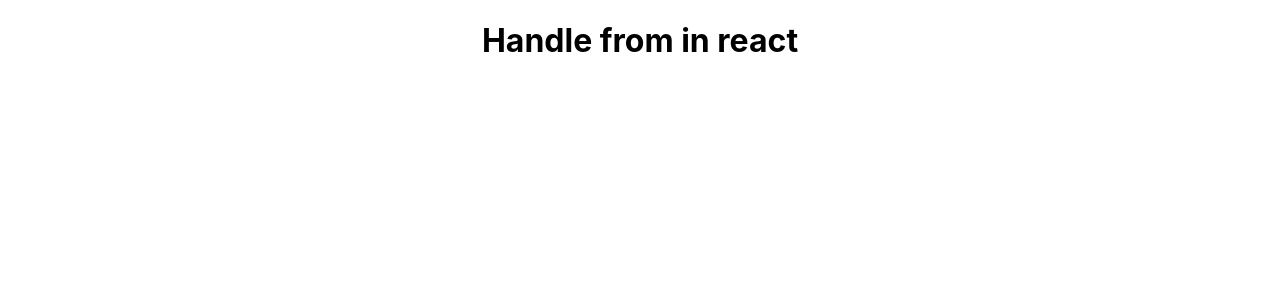
Repository: ShahbazGurmani/react-practice
Page: /
An editor plug-in stored every save of this project. The page is shown before and after the next save, followed by the edit.
The browser window is 1280 px wide. The pictures show the whole page.
The project was rebuilt for these pictures with package versions that can differ from the ones it lists, and the page was loaded fresh each time. Also part of the build but not shown: src/User.js, src/Student.js, src/Records.js.

Above is the page before, as saved 2023-08-23 02:23:36.

After the next save:
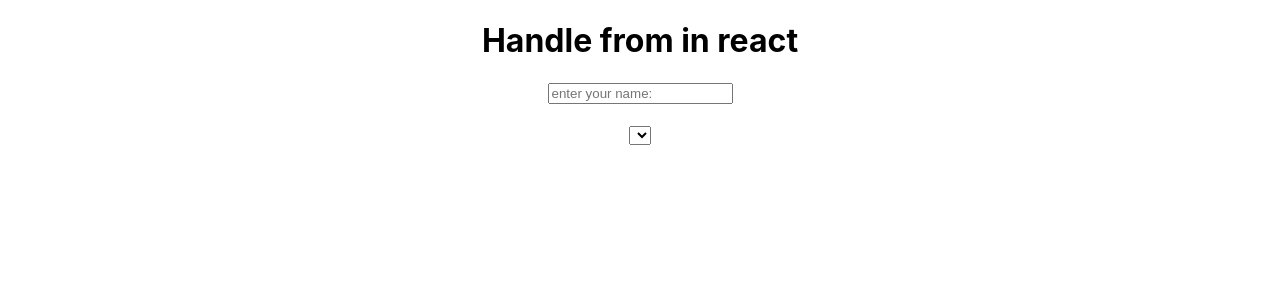
Saved 2 min 44 s later.
--- a/src/App.js
+++ b/src/App.js
@@ -51,6 +51,12 @@ function App() {
       <button onClick={setStatus(true)}>Show</button> */}
 
       <h1>Handle from in react</h1>
+       <form>
+          <input type='text' placeholder='enter your name:'/><br/> <br/>
+          <select>
+
+          </select>
+       </form>
 
 
     </div>
